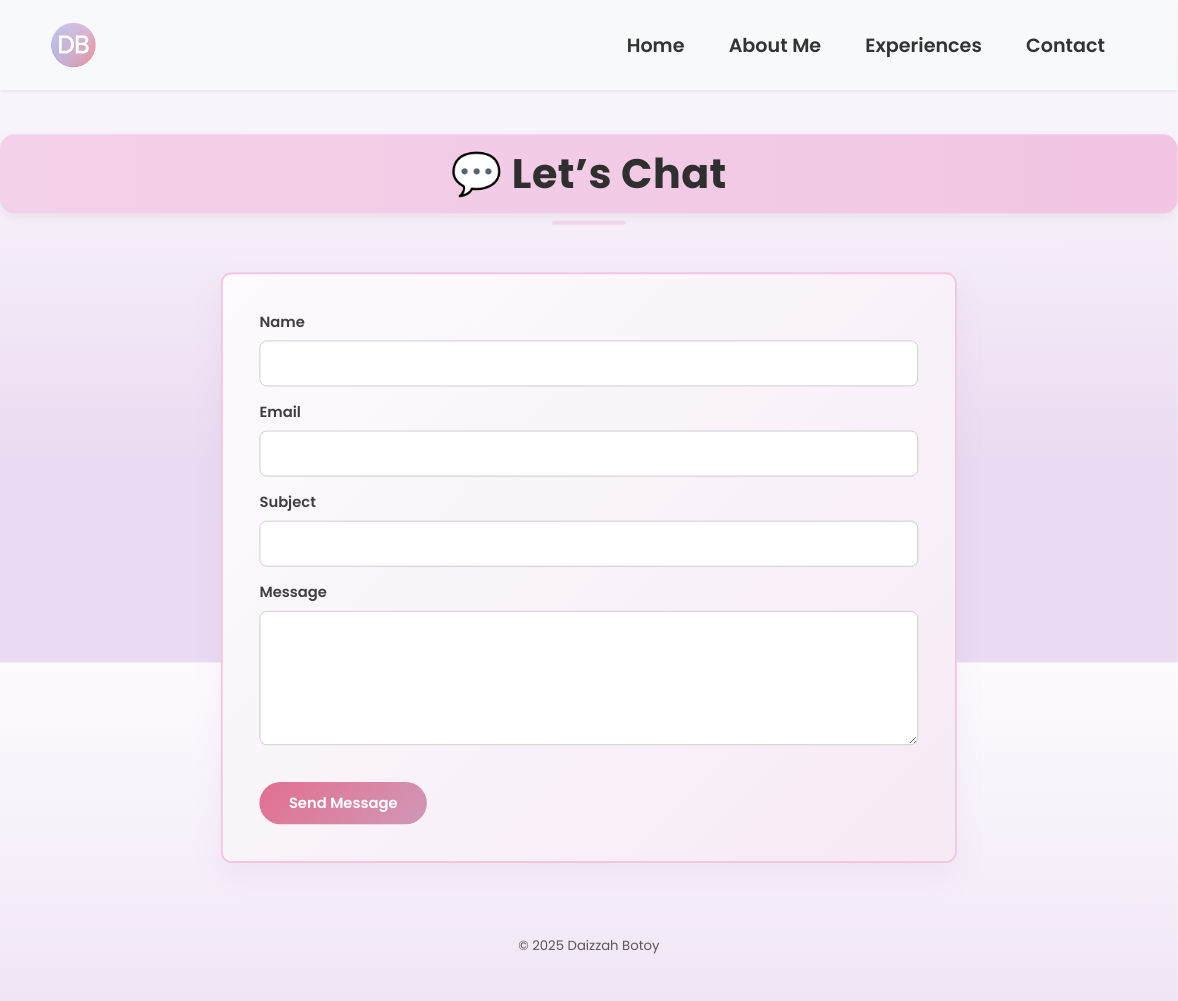
Repository: daizzah/daizzah-portfolio
Page: html/contact.html
The author's editor kept a copy of each file at every save. The page is drawn from the files as they stood at one save, then again after the next save.
The browser window is 1280 px wide. The pictures show the whole page, at 92% of full size.
Backgrounds fixed to the window are drawn as part of the page.

Above is the page before, as saved 2025-04-02 01:12:55.

### html/contact.html
<!DOCTYPE html>
<html lang="en">
<head>
  <meta charset="UTF-8" />
  <meta name="viewport" content="width=device-width, initial-scale=1.0"/>

  <link href="https://fonts.googleapis.com/css2?family=Poppins:wght@400;500;600;700&display=swap" rel="stylesheet" />
  <title>Contact Daizzah</title>
  <link href="https://cdn.jsdelivr.net/npm/bootstrap@5.3.1/dist/css/bootstrap.min.css" rel="stylesheet" />
  <link rel="stylesheet" href="../styles.css" />
</head>
<body>
  <nav class="navbar navbar-expand-lg navbar-light bg-light sticky-top shadow-sm">
    <div class="container">
      <a class="navbar-brand" href="home.html">
        <img src="../assets/db_icon.png" alt="DB Logo" style="height: 50px; width: 50px; border-radius: 50%;">
      </a>
      <button class="navbar-toggler" type="button" data-bs-toggle="collapse" data-bs-target="#navbarNav">
        <span class="navbar-toggler-icon"></span>
      </button>
      <div class="collapse navbar-collapse" id="navbarNav">
        <ul class="navbar-nav ms-auto gap-3">
          <li class="nav-item">
            <a class="nav-link" href="home.html">Home</a>
          </li>
          <li class="nav-item"><a class="nav-link" href="aboutme.html#aboutme">About Me</a></li>
          <li class="nav-item"><a class="nav-link" href="experiences.html#experiences">Experiences</a></li>
          <li class="nav-item"><a class="nav-link" href="contact.html#contact">Contact</a></li>
        </ul>
      </div>
    </div>
  </nav>


  <section id="contact" class="py-5">
    <div class="text-center mb-4 fade-in">
      <h2 class="pretty-header fade-in">
        💬 Let’s Chat
      </h2>

    </div>



      <form action="https://formspree.io/f/mgvanerl" method="POST" class="contact-form fade-in">
        <div class="mb-3">
          <label for="name" class="form-label">Name</label>
          <input type="text" id="name" name="name" class="form-control" required />
        </div>
        <div class="mb-3">
          <label for="email" class="form-label">Email</label>
          <input type="email" id="email" name="email" class="form-control" required />
        </div>
        <div class="mb-3">
          <label for="subject" class="form-label">Subject</label>
          <input type="text" id="subject" name="subject" class="form-control" />
        </div>
        <div class="mb-4">
          <label for="message" class="form-label">Message</label>
          <textarea id="message" name="message" rows="5" class="form-control" required></textarea>
        </div>
        <button type="submit">Send Message</button>
      </form>

    </div>
  </section>
  <footer class="site-footer">
    <p>&copy; 2025 Daizzah Botoy</p>
  </footer>
</body>
</html>
<script>
  document.addEventListener("DOMContentLoaded", () => {
    const fadeElements = document.querySelectorAll(".fade-in");
    fadeElements.forEach((el, index) => {
      setTimeout(() => {
        el.classList.add("visible");
      }, index * 150);
    });
  });
</script>

<script src="https://cdn.jsdelivr.net/npm/bootstrap@5.3.1/dist/js/bootstrap.bundle.min.js"></script>

### styles.css
html,
body {
  height: auto;
  min-height: 100vh;
  margin: 0;
  padding: 0;
  font-family: "Poppins", serif;
  background: linear-gradient(180deg, #fdfbff 0%, #f5edf8 35%, #e9dbf1 70%);
  background-repeat: no-repeat;
  background-attachment: fixed;
  display: flex;
  flex-direction: column;
}

/* ANIMATIONS */
:target {
  scroll-margin-top: 150px;
}

@keyframes fadeIn {
  from {
    opacity: 0;
    transform: translateY(20px);
  }

  to {
    opacity: 1;
    transform: translateY(0);
  }
}

@keyframes slideIn {
  0% {
    background-position: 100% 0;
  }

  100% {
    background-position: 0 0;
  }
}

@keyframes rollIn {
  0% {
    transform: rotateX(90deg);
    opacity: 0;
  }

  100% {
    transform: rotateX(0deg);
    opacity: 1;
  }
}

/* NAVIGATION BAR */
.navbar {
  background-color: #dedde3;
  padding: 1.5rem 1rem;
  font-size: 1.2rem;
  font-weight: 600;
  box-shadow: 0 4px 10px rgba(0, 0, 0, 0.1);
}

.navbar-brand {
  padding: 0;
  border-radius: 0;
  box-shadow: none;
  background: none;
}

.navbar-brand img {
  height: 40px;
  width: 40px;
  border-radius: 50%;
  object-fit: cover;
}

.navbar-brand:hover {
  box-shadow: 0 0 20px rgba(0, 0, 0, 0.3);
  /* Slightly stronger shadow on hover */
}

.navbar-nav .nav-link {
  transition: color 0.3s ease, transform 0.3s ease;
  font-weight: 600;
  font-size: 1.3rem;
  /* Larger font size for more impact */
  margin-right: 1rem;
  color: #333;
}

.navbar-nav .nav-link:hover {
  color: #5a4b81;
  transform: scale(1.05);
}

.navbar-nav .nav-link.active {
  color: #5a4b81;
  border-bottom: 2px solid #5a4b81;
}

/* TITLE */
.title-container,
.description-container {
  max-width: 1000px;
  /* Ensure both have the same width */
  margin: 0 auto;
  /* Center them */
  padding: 1.5rem;
  /* Add padding to both for consistency */
}

.title-container {
  text-align: left;
  justify-content: flex-start;
  /* Align content to the left */
  margin-top: 1rem;
}

.title-container .roll-in {
  display: inline-block;
  transform: rotateX(90deg);
  opacity: 0;
  animation: rollIn 0.3s ease forwards;
}

.subheading1 {
  font-size: 2.5rem;
  font-weight: 600;
}

.title-name {
  position: relative;
  display: inline-block;
  font-size: 4rem;
  font-weight: 600;
  color: #222;
}

.title-name::after {
  content: "";
  position: absolute;
  bottom: -10px;
  left: 0;
  width: 100%;
  height: 4px;
  background: linear-gradient(90deg, #d3b6f2, #f2c6de);
  border-radius: 2px;
}

.subheading2 {
  font-size: 2.5rem;
}

/* DESCRIPTION */
.description-container {
  display: flex;
  justify-content: flex-start;
  /* Align items to the left */
  align-items: flex-start;
  gap: 6rem;
}

.description-wrapper {
  display: flex;
  flex-direction: column;
  text-align: left;
}

.description-wrapper .btn-lg {
  margin-top: 1rem;
}

.short-description {
  font-family: "Poppins", sans-serif;
  font-weight: 500;
  /* Poppins has more thickness at 500 */
  max-width: 650px;
  /* Wider box */
  text-align: left;
  background-color: #f7f5ff;
  /* White background */
  padding: 2rem;
  /* Increase padding for more spacious feel */
  border-radius: 4px;
  /* Smooth, rounded corners */
  font-size: 1.3rem;
  /* Larger font size for readability */
  box-shadow: 0 15px 30px rgba(0, 0, 0, 0.1);
  /* Soft shadow for depth */
  animation: fadeIn 1s ease-in-out;
  line-height: 1.75;
  /* Line spacing for better readability */
  color: #333;
  /* Darker text for contrast */
}

.short-description h3 {
  font-size: 2rem;
  font-weight: 600;
  color: #333;
  /* Darker color for headings */
  margin-bottom: 1rem;
  /* Space after headings */
}

.short-description p {
  font-weight: 500;
  /* Adjust text weight for paragraphs (description) */
  font-stretch: expanded;
  margin-bottom: 1.5rem;
  /* Space between paragraphs */
}

.short-description .highlight {
  font-weight: bold;
  color: #5a4b81;
}

.short-description .cta-link {
  color: #5a4b81;
  font-weight: 600;
  text-decoration: underline;
  cursor: pointer;
}

.short-description:hover {
  box-shadow: 0 20px 40px rgba(0, 0, 0, 0.15);
  /* Stronger shadow on hover */
  transform: scale(1.05);
  /* Scale up effect */
  transition: all 0.3s ease;
}

.short-description .cta-link:hover {
  color: #3c2c66;
}

/* BUTTONS */
.button-container {
  display: flex;
  justify-content: center;
  gap: 3rem;
  margin-top: 1.1rem;
}

.btn-lg {
  padding: 0.8rem 2rem;
  font-size: 1.3rem;
  font-weight: 600;
  border: none;
  border-radius: 50px;
  background: linear-gradient(135deg, #d8b8e3, #f2c6de);
  color: #3c2c66;
  box-shadow: 0 4px 8px rgba(0, 0, 0, 0.1);
  transition: all 0.3s ease;
}

.btn-lg:hover {
  background: linear-gradient(135deg, #cda1da, #e8acc5);
  transform: translateY(-2px);
  box-shadow: 0 6px 12px rgba(0, 0, 0, 0.15);
}

.fade-in {
  opacity: 0;
  transform: translateY(20px);
  /* Adds a smooth upward motion */
  transition: opacity 0.5s ease, transform 0.5s ease;
}

.fade-in.visible {
  opacity: 1;
  transform: translateY(0);
}

/* PICTURES */
.profile-section {
  display: flex;
  flex-direction: column;
  /* Stack vertically */
  align-items: center;
  /* Horizontally center children */
  justify-content: center;
  /* Ensure proper vertical alignment */
  gap: 28px;
  /* Space between children */
}

.profile-picture {
  max-width: 400px;
  max-height: 400px;
  border-radius: 4px;
  box-shadow: 0 2px 4px rgba(0, 0, 0, 0.1);
  animation: fadeIn 1s ease-in-out;
  transition: transform 0.3s ease, box-shadow 0.3s ease;
}

.profile-picture:hover {
  transform: scale(1.1);
  box-shadow: 0 4px 8px rgba(0, 0, 0, 0.15);
}

.profile-link {
  position: relative;
  /* Ensures tooltip is positioned relative to this element */
  display: inline-block;
  /* Ensures proper layout for the tooltip */
}

.profile-link::after {
  content: "Click for LinkedIn";
  /* Tooltip text */
  position: absolute;
  top: -50px;
  /* Position below the profile picture */
  left: 50%;
  /* Center horizontally */
  transform: translateX(-50%);
  background-color: rgba(0, 0, 0, 0.7);
  /* Semi-transparent black background */
  color: white;
  padding: 5px 10px;
  font-size: 15px;
  border-radius: 4px;
  white-space: nowrap;
  opacity: 0;
  /* Initially hidden */
  pointer-events: none;
  /* Prevent interaction with the tooltip */
  transition: opacity 0.3s ease;
}

.profile-link:hover::after {
  opacity: 1;
  /* Show tooltip on hover */
}

.languages-container {
  background-color: #ece4ff;
  padding: 2rem;
  border-radius: 4px;
  max-width: 600px;
  margin-top: 1.5rem;
  box-shadow: 0 4px 8px rgba(0, 0, 0, 0.1);
}

.languages-icons {
  display: flex;
  flex-wrap: wrap;
  gap: 10px;
  justify-content: center;
  /* Center the icons inside the container */
}

.language-icon {
  position: relative;
  display: inline-block;
  width: 70px;
  /* Adjust size to fit icons */
}

.language-icon img:hover {
  transform: scale(1.1);
  /* Slight zoom on hover */
}

.language-icon img {
  width: 53px;
  height: 53px;
}

.language-icon::after {
  content: attr(data-name);
  position: absolute;
  top: -30px;
  left: 50%;
  transform: translateX(-50%);
  padding: 5px;
  background-color: rgba(0, 0, 0, 0.7);
  color: white;
  font-size: 13px;
  border-radius: 4px;
  opacity: 0;
  pointer-events: none;
  transition: opacity 0.3s ease;
}

.language-icon:hover::after {
  opacity: 1;
}

.languages-container,
.profile-picture {
  margin: 0 auto;
}

/* CARD */

.card {
  transition: transform 0.3s ease, box-shadow 0.3s ease;
  /* Smooth transition */
  border-radius: 8px;
  /* Reduce border radius significantly */
  box-shadow: 0 2px 6px rgba(0, 0, 0, 0.08);
  /* Less pronounced shadow */
  background-color: #f7f5ff;
  border: none;
  /* Remove border completely */
}

.card:hover {
  transform: translateY(-5px);
  box-shadow: 0 6px 15px rgba(0, 0, 0, 0.1);
}

.card-body {
  padding: 1.5rem;
  color: #333;
}

.card-img-top {
  border-radius: 5px;
}

.card-title {
  font-weight: 600;
  color: #333;
}

.card-text {
  font-size: 1rem;
  color: #333;
}

.experience-title,
.section-header {
  font-size: 2rem;
  font-weight: 700;
  color: #2b2b2b;
  margin-bottom: 1.5rem;
  border-left: 6px solid #b583c6;
  padding-left: 1rem;
  background: none;
  box-shadow: none;
  text-transform: none;
  letter-spacing: 0;
}

.experience-title:hover {
  transform: translateY(-4px);
  box-shadow: 0 6px 15px rgba(0, 0, 0, 0.15);
}

/* About Me Section */
.pink-box {
  background: linear-gradient(60deg, #dcd6f7, #e8c7de, #dcd6f7);
  padding: 20px;
  max-width: 95%;
  box-shadow: 0 4px 8px rgba(0, 0, 0, 0.2);
  position: relative;
  overflow: hidden;
  border: 2px solid rgba(255, 255, 255, 0.5);
}

.pink-box::after {
  content: "";
  position: absolute;
  top: -50%;
  left: -50%;
  width: 200%;
  height: 200%;
  background: linear-gradient(
    45deg,
    rgba(255, 255, 255, 0.05),
    rgba(255, 255, 255, 0.1)
  );
  transform: rotate(30deg);
  pointer-events: none;
}

#about-title {
  font-size: 2.5rem;
  font-weight: bold;
  color: #333333;
  margin-bottom: 1rem;
  position: relative;
  display: inline-block;
}

#about-title::after {
	display: none;
  }

.container {
  max-width: 1200px;
  margin: 0 auto;
  padding: 0 15px;
}

.text-center {
  text-align: center;
}
.text-center.mb-4 {
	margin-bottom: 1rem;
  }

.row {
  display: flex;
  align-items: center;
  /* Vertically centers the content */
}

.profile-img {
  width: 100%;
  /* Makes the image responsive */
  max-width: 400px;
  /* Increase from 300px to 400px (or your preferred size) */
  height: auto;
  /* Maintains aspect ratio */
  border-radius: 50%;
  /* Optional: Makes the image circular */
  box-shadow: 0 2px 4px rgba(0, 0, 0, 0.1);
}

.profile-img:hover {
  box-shadow: 0 4px 8px rgba(0, 0, 0, 0.15);
}

.col-md-6 {
  padding: 20px;
  /* Adds space inside the text column */
}

.col-md-7 {
  padding: 20px;
  /* Adds padding inside the text column */
}

/* Bio Section */
.bio {
  font-size: 1.5rem;
  /* Adjust size as needed */
  line-height: 1.6;
  /* Improves readability */
  color: #333;
  /* Darker text for contrast */
}

/* Skills List */
.skills-list {
  list-style: none;
  padding-left: 0;
}

.skills-list li {
  font-size: 1.2rem;
  margin-bottom: 10px;
}

.skills-list li i {
  margin-right: 10px;
}

body,
.bio,
.card-body,
.short-description p {
  color: #222222;
}

footer,
.container.my-5 {
  background-color: transparent !important;
}

footer {
  margin-top: auto;
}

.site-footer {
  text-align: center;
  padding: 2rem 0;
  font-size: 0.9rem;
  color: #333;
  opacity: 0.8;
}

.subheading1,
.title-name,
.subheading2,
.experience-title,
#about-title {
  color: #333333;
  /* neutral dark grey instead of purple */
}

.hero-left {
  text-align: left;
  max-width: 600px;
  display: flex;
  flex-direction: column;
  gap: 0.3rem;
}

.hero-lines {
  display: flex;
  flex-direction: column;
  line-height: 1.2;
}

.hero-hi {
  font-size: 2.5rem;
  font-weight: 600;
  color: #333333;
  margin-bottom: 0.2rem;
  line-height: 1.2;
}

.wave {
  display: inline-block;
  animation: wave 2s infinite;
  transform-origin: 70% 70%;
}

@keyframes wave {
  0% {
    transform: rotate(0deg);
  }

  10% {
    transform: rotate(14deg);
  }

  20% {
    transform: rotate(-8deg);
  }

  30% {
    transform: rotate(14deg);
  }

  40% {
    transform: rotate(-4deg);
  }

  50% {
    transform: rotate(10deg);
  }

  60% {
    transform: rotate(0deg);
  }

  100% {
    transform: rotate(0deg);
  }
}

.hero-name {
  font-size: 3rem;
  font-weight: 700;
  color: #2b2b2b;
  margin-bottom: 0.5rem;
  line-height: 1.2;
}

.emphasized-name {
  color: #b481a2;
}

.hero-subtitle {
  font-size: 1.2rem;
  font-weight: 500;
  color: #444;
}

.section-header {
  background-color: #e6dcf0;

  padding: 0.8rem 1.5rem;
  font-size: 1.7rem;
  font-weight: 700;
  border-left: 6px solid #b583c6;
  box-shadow: 0 2px 5px rgba(0, 0, 0, 0.1);
  margin-bottom: 1.2rem;
}
.contact-title {
	font-size: 2.8rem;
	font-weight: 700;
	text-align: center;
	padding: 0.75rem 1.5rem;
	margin-bottom: 2rem;
	border-radius: 12px;
	background: linear-gradient(90deg, #f6d1e4, #ebbbd3); /* slightly darker pinks */
	color: #333;
	display: inline-block;
	box-shadow: 0 4px 12px rgba(0, 0, 0, 0.05); /* subtle lift */
  }


.contact-form {
  background: linear-gradient(135deg, #fdfbff, #f6eaf5);
  border: 2px solid #f2c6de;
  padding: 2.5rem;
  border-radius: 12px;
  box-shadow: 0 15px 30px rgba(181, 131, 198, 0.1);
  max-width: 800px;
  margin: 0 auto;
  transition: all 0.3s ease-in-out;
  margin-top: 4rem;

}

.contact-form label {
  font-weight: 600;
  color: #3f3f3f;
}

.contact-form .form-control {
  border-radius: 8px;
  border: 1px solid #ccc;
  box-shadow: none;
  padding: 0.75rem 1rem;
  font-size: 1rem;
}

.contact-form .form-control:focus {
  border-color: #e26f8f;
  box-shadow: 0 0 0 0.2rem rgba(226, 111, 143, 0.25);
  outline: none;
}

.contact-form button[type="submit"] {
  font-weight: 600;
  background: linear-gradient(135deg, #e26f8f, #d198b7);
  border: none;
  border-radius: 50px;
  color: white;
  padding: 0.7rem 2rem;
  margin-top: 1rem;
  transition: background 0.3s ease;
}

.contact-form button[type="submit"]:hover {
  background: linear-gradient(135deg, #d45b78, #ba6e95);
  transform: translateY(-2px);
}
#contact {
	padding-top: 4rem;
	padding-bottom: 3rem;
  }

.fancy-header {
  display: flex;
  align-items: center;
  gap: 0.75rem;
  font-size: 2.3rem;
  font-weight: 700;
  color: #2b2b2b;
  margin-bottom: 1.8rem;
  border-left: 6px solid #e26f8f;
  padding-left: 1rem;
  background: linear-gradient(90deg, #f6eaf5, #fdfbff);
  box-shadow: 0 2px 6px rgba(0, 0, 0, 0.08);
  border-radius: 8px;
}

.fancy-header .emoji {
  font-size: 2.5rem;
  animation: wave 2s infinite;
  transform-origin: 70% 70%;
}

.fancy-header .headline {
  background: linear-gradient(to right, #e26f8f, #d198b7);
  -webkit-background-clip: text;
  -webkit-text-fill-color: transparent;
}

.pretty-header {
	display: flex;
	align-items: center;
	justify-content: center;
	gap: 0.6rem;
	font-size: 2.8rem; /* was 2.2rem */
	font-weight: 700;
	padding: 1rem 2rem;
	border-radius: 16px;
	background: linear-gradient(90deg, #f3d1e8, #f1c5e3);
	box-shadow: 0 4px 12px rgba(0, 0, 0, 0.06);
	color: #2f2f2f;
	position: relative;
	animation: fadeIn 0.8s ease forwards;
  }

  .pretty-header::after {
	content: "";
	display: block;
	position: absolute;
	bottom: -12px;
	left: 50%;
	transform: translateX(-50%);
	width: 80px;
	height: 4px;
	background: #e9c6dc;
	border-radius: 2px;
	opacity: 0.6;
  }

  .pretty-header .emoji {
	font-size: 2.2rem;
	animation: wave 2s infinite;
	transform-origin: 70% 70%;
  }

body,
input,
textarea,
button,
label {
  font-family: "Poppins", sans-serif;
}

h1,
h2,
h3,
h4,
.headline {
  font-weight: 600;
  letter-spacing: 0.5px;
}

After the next save:
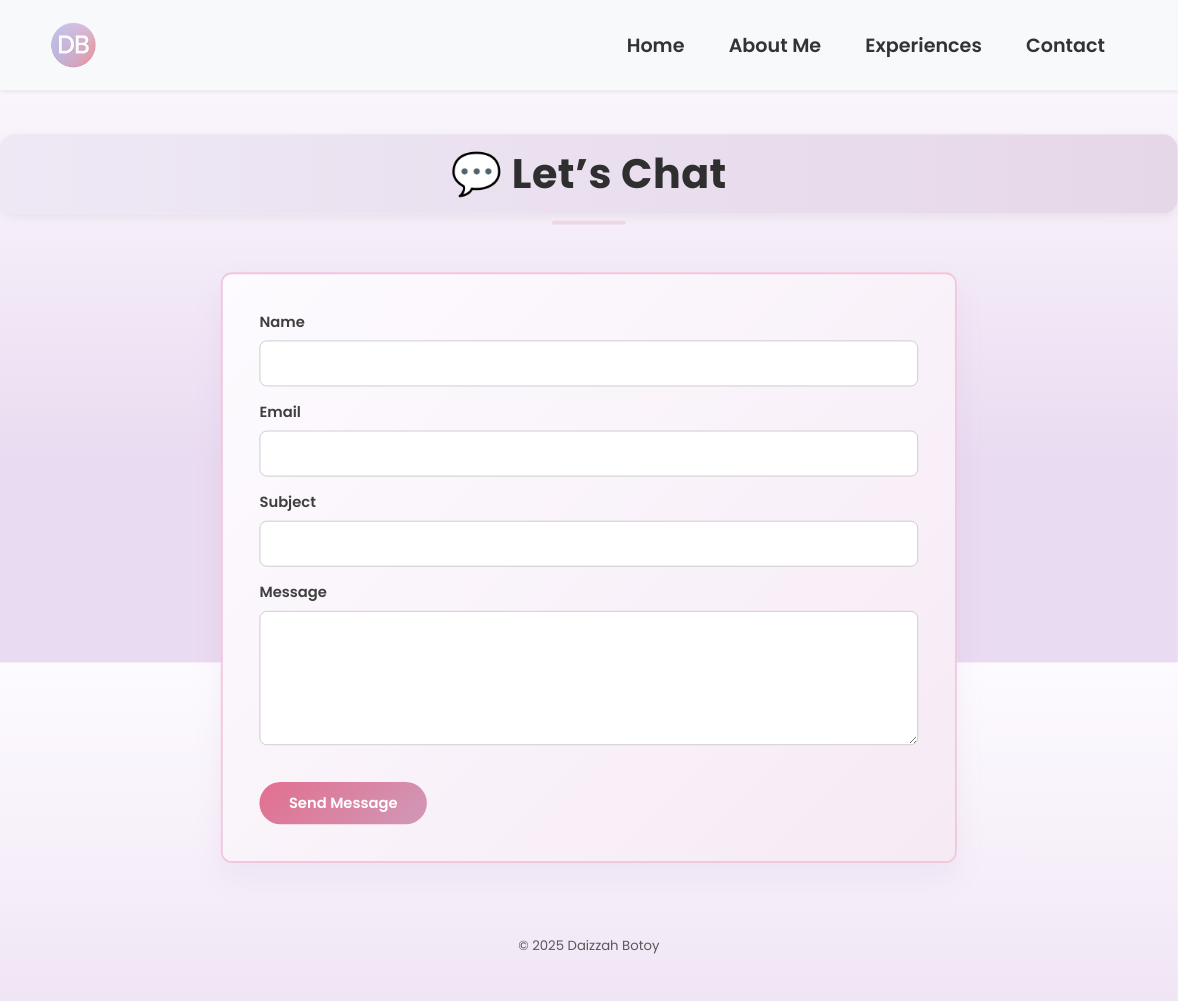
Saved 39 s later.
--- a/styles.css
+++ b/styles.css
@@ -786,7 +786,8 @@ footer {
 	font-weight: 700;
 	padding: 1rem 2rem;
 	border-radius: 16px;
-	background: linear-gradient(90deg, #f3d1e8, #f1c5e3);
+	background: linear-gradient(90deg, #eee8f5, #e6d7e8);
+
 	box-shadow: 0 4px 12px rgba(0, 0, 0, 0.06);
 	color: #2f2f2f;
 	position: relative;
